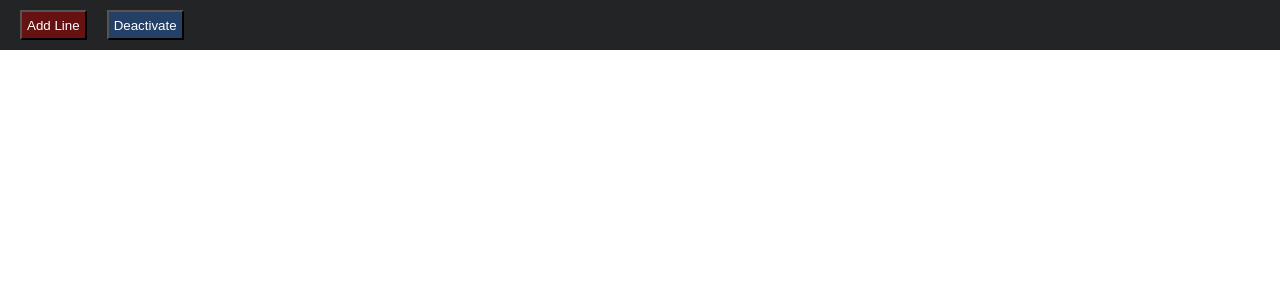
Repository: mykamla/MyJSproj
Page: fabric/index.html
An editor plug-in stored every save of this project. The page is shown before and after a run of saves, followed by the edit.
The browser window is 1280 px wide. The pictures show the whole page.
The pointer rests on the first visible `#deactivate-adding-shape`.

Above is the page before, as saved 2022-12-26 15:34:58.

After the next 3 saves:
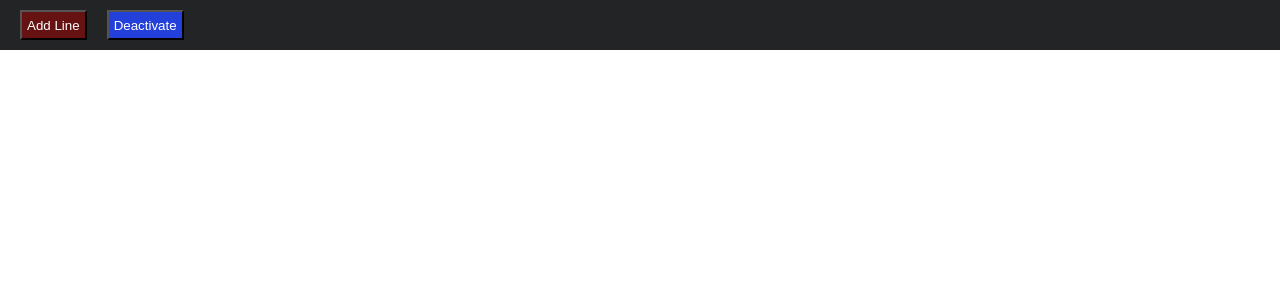
The 3 saves are shown as one change because they came seconds apart.
The last was saved 9 s later.
--- a/fabric/style.css
+++ b/fabric/style.css
@@ -41,6 +41,6 @@
 }
 
 #deactivate-adding-shape:hover {
-    background-color: rgb(36, 64, 102);
+    background-color: rgb(36, 64, 219);
     cursor: pointer;
 }
